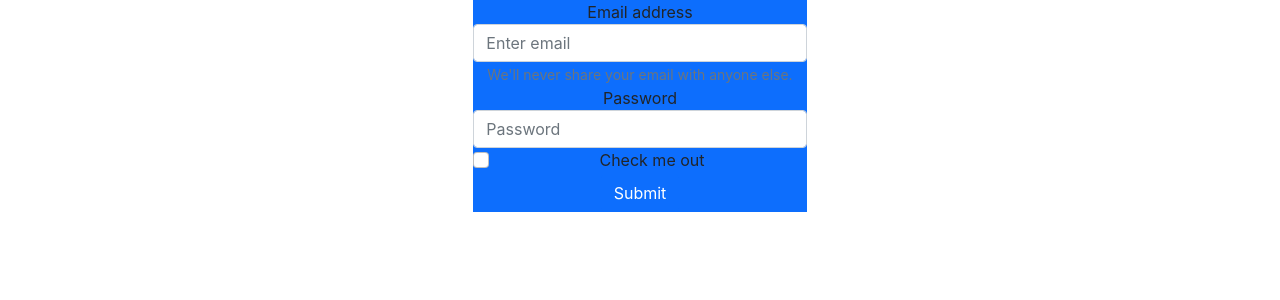
Repository: Osomhe1/bitmama2
Page: /
The author's editor kept a copy of each file at every save. The page is drawn from the files as they stood at one save, then again after the next save.
The browser window is 1280 px wide. The pictures show the whole page.
The project was rebuilt for these pictures with package versions that can differ from the ones it lists, and the page was loaded fresh each time.

Above is the page before, as saved 2022-05-08 19:52:53.

### src/App.js
import './App.css';
import Login from './component/Login';

function App() {
  return (
    <div className="App">

      <Login />

    </div>
  );
}

export default App;

### src/App.css
.App {
  text-align: center;
  max-width: 1000px;
  margin: auto;
}

### src/component/Login.js
import React from 'react'

export default function Login() {
  return (
    <div className='col-sm-12 col-md-6 col-lg-4 m-5 m-auto bg-primary' >
        <form>
  <div className="form-group">
    <label for="exampleInputEmail1">Email address</label>
    <input type="email" className="form-control" id="exampleInputEmail1" aria-describedby="emailHelp" placeholder="Enter email" />
    <small id="emailHelp" className="form-text text-muted">We'll never share your email with anyone else.</small>
  </div>
  <div className="form-group">
    <label for="exampleInputPassword1">Password</label>
    <input type="password" className="form-control" id="exampleInputPassword1" placeholder="Password" />
  </div>
  <div className="form-check">
    <input type="checkbox" className="form-check-input" id="exampleCheck1" />
    <label className="form-check-label" for="exampleCheck1">Check me out</label>
  </div>
  <button type="submit" className="btn btn-primary">Submit</button>
</form>
    </div>
  )
}

Loaded but not shown: public/index.html (common file); src/index.js (common file); src/index.css (common file); src/reportWebVitals.js (common file)

After the next save:
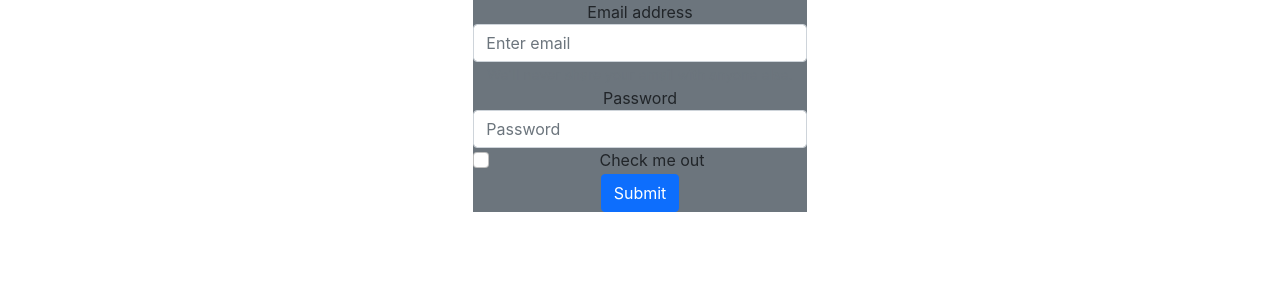
Saved 3 min 4 s later.
--- a/src/component/Login.js
+++ b/src/component/Login.js
@@ -2,23 +2,44 @@ import React from 'react'
 
 export default function Login() {
   return (
-    <div className='col-sm-12 col-md-6 col-lg-4 m-5 m-auto bg-primary' >
-        <form>
-  <div className="form-group">
-    <label for="exampleInputEmail1">Email address</label>
-    <input type="email" className="form-control" id="exampleInputEmail1" aria-describedby="emailHelp" placeholder="Enter email" />
-    <small id="emailHelp" className="form-text text-muted">We'll never share your email with anyone else.</small>
-  </div>
-  <div className="form-group">
-    <label for="exampleInputPassword1">Password</label>
-    <input type="password" className="form-control" id="exampleInputPassword1" placeholder="Password" />
-  </div>
-  <div className="form-check">
-    <input type="checkbox" className="form-check-input" id="exampleCheck1" />
-    <label className="form-check-label" for="exampleCheck1">Check me out</label>
-  </div>
-  <button type="submit" className="btn btn-primary">Submit</button>
-</form>
+    <div className='col-sm-12 col-md-6 col-lg-4 m-5 m-auto bg-secondary'>
+      <form>
+        <div className='form-group'>
+          <label for='exampleInputEmail1'>Email address</label>
+          <input
+            type='email'
+            className='form-control'
+            id='exampleInputEmail1'
+            aria-describedby='emailHelp'
+            placeholder='Enter email'
+          />
+          <small id='emailHelp' className='form-text text-muted'>
+            We'll never share your email with anyone else.
+          </small>
+        </div>
+        <div className='form-group'>
+          <label for='exampleInputPassword1'>Password</label>
+          <input
+            type='password'
+            className='form-control'
+            id='exampleInputPassword1'
+            placeholder='Password'
+          />
+        </div>
+        <div className='form-check'>
+          <input
+            type='checkbox'
+            className='form-check-input'
+            id='exampleCheck1'
+          />
+          <label className='form-check-label' for='exampleCheck1'>
+            Check me out
+          </label>
+        </div>
+        <button type='submit' className='btn btn-primary'>
+          Submit
+        </button>
+      </form>
     </div>
   )
 }
